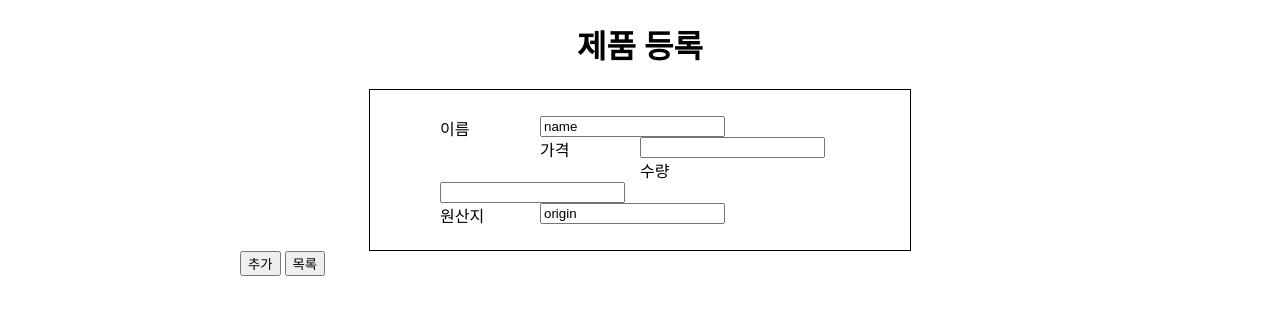
Repository: coolSummer1119/study
Page: http://localhost/ch03_Jsp/ch11_jdbc/insertTestForm.jsp
An editor plug-in stored every save of this project. The page is shown before and after the next save, followed by the edit.
The browser window is 1280 px wide. The pictures show the whole page.
The page is served by Tomcat 9. Other server files are loaded and not shown.

Above is the page before, as saved 2024-04-25 08:19:20.

### workspace/ch03_Jsp/src/main/webapp/ch11_jdbc/insertTestForm.jsp
<%@ page language="java" contentType="text/html; charset=UTF-8"
    pageEncoding="UTF-8"%>
<!DOCTYPE html>
<html>
<head>
<meta charset="UTF-8">
<title>제품 등록</title>
<link rel="stylesheet" href="../CSS/style.css" type="text/css">
<script type="text/javascript" src="script.js"></script>
</head>
<body>
<div class="page-main">
	<h1 class="align-center">제품 등록</h1>
	<form action="insertTest.jsp" method="post" id=myForm>
		<ul><!-- 이름 가격 수량 원산지 -->
			<li>
				<label for="name">이름</label>
				<input type="text" value="name" id="name" size="20" maxlength="10">
			</li>
			<li>
				<label for="price">가격</label>
				<input type="number" value="price" id="price">
			</li>
			<li>
				<label for="stock">수량</label>
				<input type="number" value="stock" id="stock">
			</li>
			<li>
				<label for="origin">원산지</label>
				<input type="text" value="origin" id="origin" size="20" maxlength="10">
			</li>
		</ul>
	</form>
	<input type="submit" value="추가">
	<input type="button" value="목록" onclick="location.href='selectTest.jsp'">
</div>
</body>
</html>

### workspace/ch03_Jsp/src/main/webapp/CSS/style.css
@charset "UTF-8";


body{
	padding: 0;
	margin: 0;
}
.page-main{
	width: 800px;
	margin: 0 auto;/* 중앙정렬 */

}
.result-display{
	width: 400px;
	height: 200px;
	margin: 50px auto;
	border: 1px solid #000;
	display: flex;
	align-content: center;/* 세로정렬 */
	justify-content: center;/* 가로정렬 */

}
.align-center{
	text-align: center;
}
.align-right{
	text-align: right;
}
/* 목록 */
table{
	width: 100%;
	border: 1px solid #000;
	border-collapse: collapse;
	margin-top: 5px;
}
table td, table th{
	border: 1px solid #000;
	padding: 5px;
}
/* 등록, 수정폼 */
form{
	width: 500px;
	margin: 0 auto;
	border: 1px solid #000;
	padding: 10px 10px 10px 30px;
}
ul{
	list-style: none;
}
label {
	width: 100px;
	float: left; /* 태그를 왼쪽으로 정렬 */
}

### workspace/ch03_Jsp/src/main/webapp/ch11_jdbc/script.js
window.onload=function(){
	const myForm = document.getElementById('myForm');
	//이벤트 연결
	myForm.onsubmit=function(){
		const items = document.querySelectorAll('input[type="text"],input[type="password"],textarea');
		for(let i =0; i<items.length;i++){
			if(items[i].value.trim()==''){
				const label = document.querySelector('label[for="'+items[i].id+'"]');
				alert(label.textContent + ' 항목은 필 수 입력');
				items[i].value='';
				items[i].focus();
				return false;
			}
		}
	};
};

After the next save:
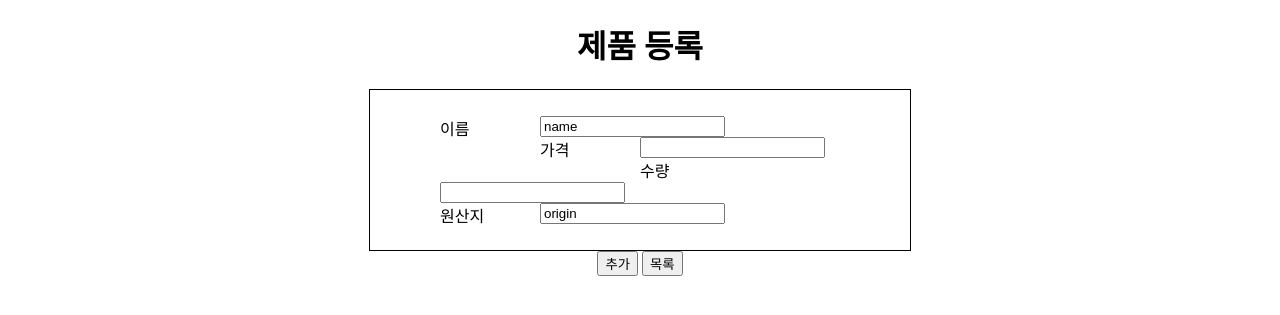
Saved 36 s later.
--- a/workspace/ch03_Jsp/src/main/webapp/ch11_jdbc/insertTestForm.jsp
+++ b/workspace/ch03_Jsp/src/main/webapp/ch11_jdbc/insertTestForm.jsp
@@ -31,8 +31,10 @@
 			</li>
 		</ul>
 	</form>
-	<input type="submit" value="추가">
-	<input type="button" value="목록" onclick="location.href='selectTest.jsp'">
+	<div class="align-center">
+		<input type="submit" value="추가">
+		<input type="button" value="목록" onclick="location.href='selectTest.jsp'">
+	</div>
 </div>
 </body>
 </html>
